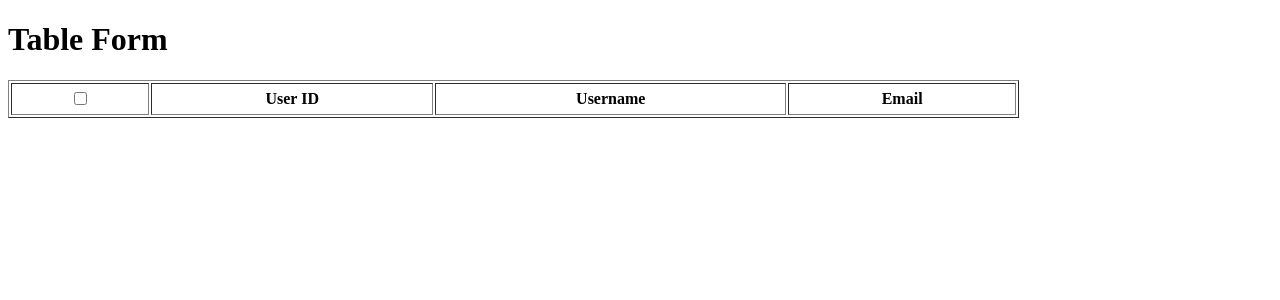
Repository: AHSANS354/tugas-sib5
Page: tugastable.html
The author's editor kept a copy of each file at every save. The page is drawn from the files as they stood at one save, then again after the next save.
The browser window is 1280 px wide. The pictures show the whole page.

Above is the page before, as saved 2023-08-21 14:57:21.

### tugastable.html
<!DOCTYPE html>
<html lang="en">
  <head>
    <meta charset="UTF-8" />
    <meta name="viewport" content="width=device-width, initial-scale=1.0" />
    <title>Tugas Table</title>
  </head>
  <body>
    <h1>Table Form</h1>
    <table width="80%" align="left" border="1" cellpadding="5">
      <tr>
        <th><input type="checkbox" name="ceklist" value="cekatas" /></th>
        <th>User ID</th>
        <th>Username</th>
        <th>Email</th>
      </tr>
    </table>
  </body>
</html>

After the next save:
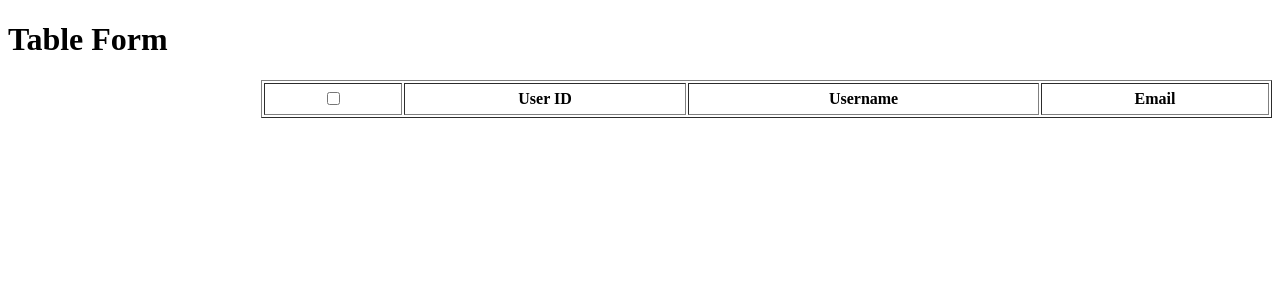
Saved 12 s later.
--- a/tugastable.html
+++ b/tugastable.html
@@ -7,7 +7,7 @@
   </head>
   <body>
     <h1>Table Form</h1>
-    <table width="80%" align="left" border="1" cellpadding="5">
+    <table width="80%" align="right" border="1" cellpadding="5">
       <tr>
         <th><input type="checkbox" name="ceklist" value="cekatas" /></th>
         <th>User ID</th>

After the save that followed:
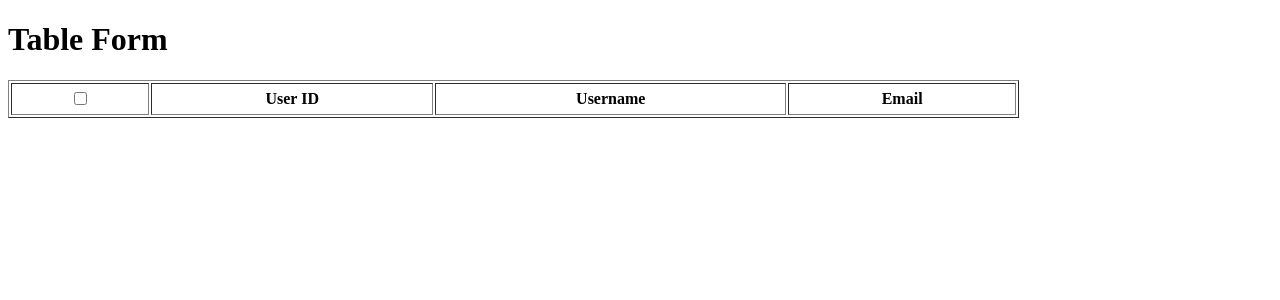
Saved 9 s later.
--- a/tugastable.html
+++ b/tugastable.html
@@ -7,7 +7,7 @@
   </head>
   <body>
     <h1>Table Form</h1>
-    <table width="80%" align="right" border="1" cellpadding="5">
+    <table width="80%" border="1" cellpadding="5">
       <tr>
         <th><input type="checkbox" name="ceklist" value="cekatas" /></th>
         <th>User ID</th>
